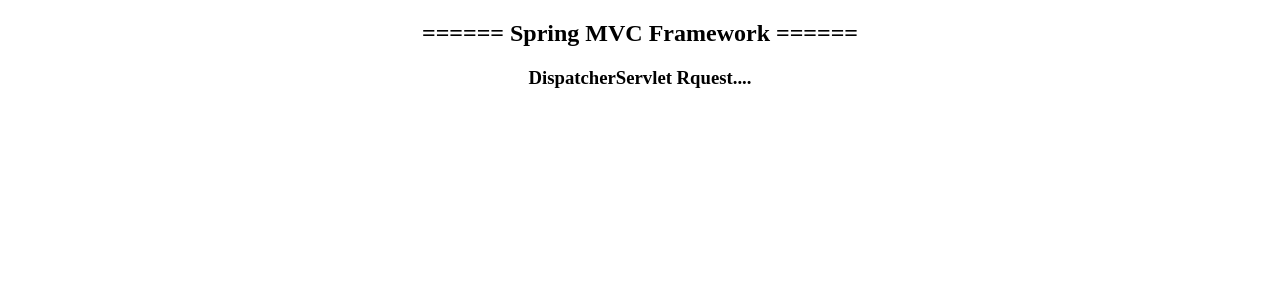
Repository: Niftrone/Framework
Page: http://localhost/boot02_SpringMVC/main.jsp
These files come from the project's save history. The page is drawn as it stood at one moment and after the next save; the edit follows.
The browser window is 1280 px wide. The pictures show the whole page.
The page is served by Tomcat 9.

Above is the page before, as saved 2025-07-14 00:16:18.

After the next save:
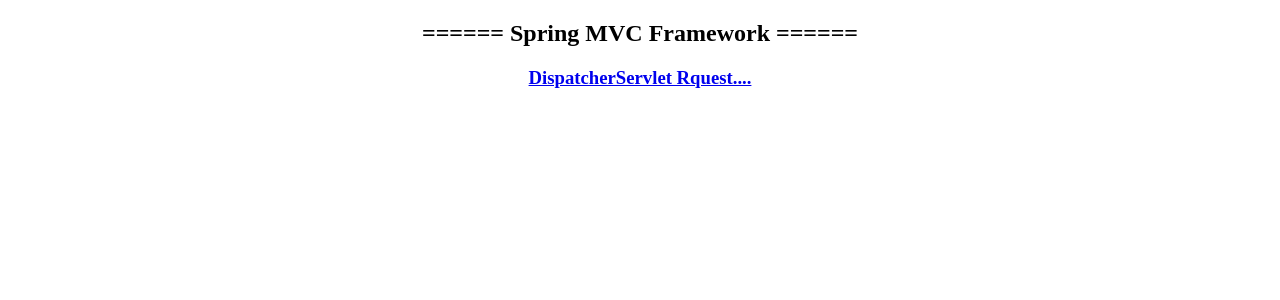
Saved 31 s later.
--- a/work07_boot/boot02_SpringMVC/src/main/webapp/main.jsp
+++ b/work07_boot/boot02_SpringMVC/src/main/webapp/main.jsp
@@ -8,6 +8,6 @@
 </head>
 <body>
 <h2 align="center">====== Spring MVC Framework ======</h2>
-<center><h3><a>DispatcherServlet Rquest....</a></h3></center>
+<h3 align="center"><a href="main">DispatcherServlet Rquest....</a></h3>
 </body>
 </html>
